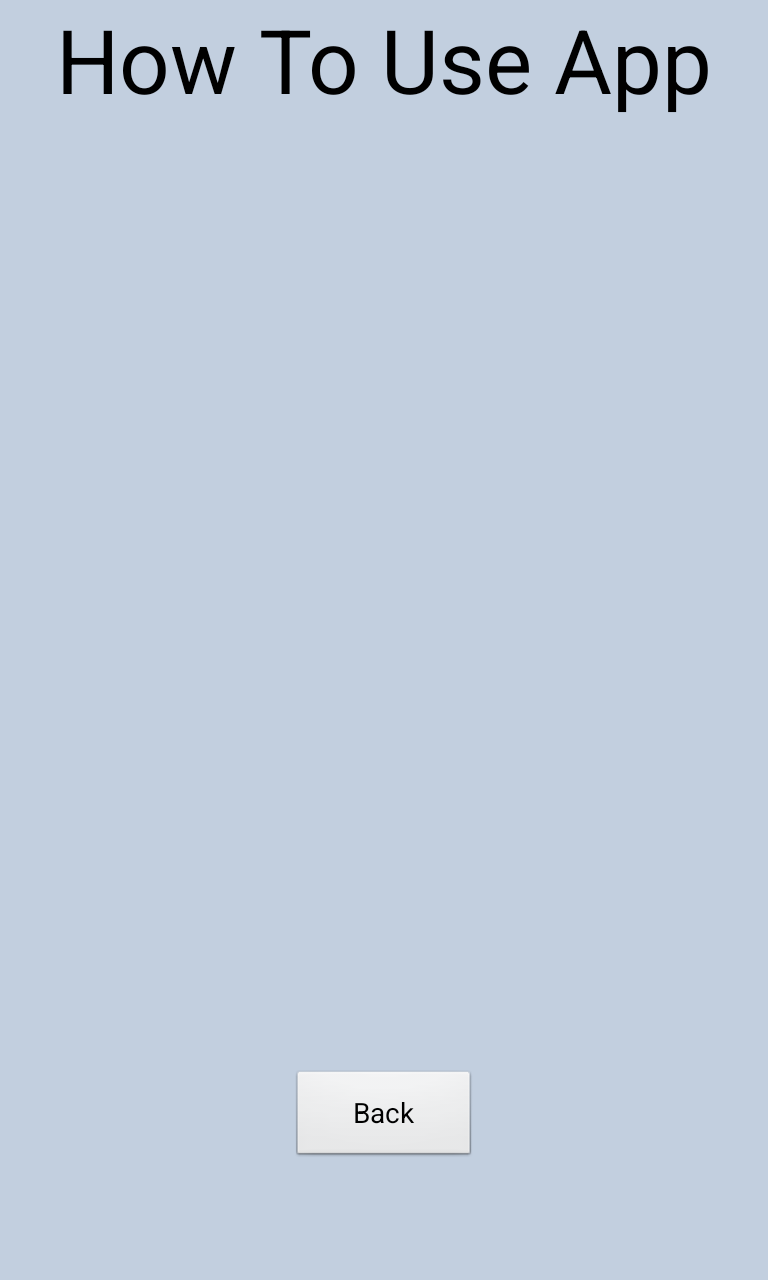
Repository: parinya1968/My-project
Layout: DroidWork/getBig/res/layout/howto.xml
The author's editor kept a copy of each file at every save. The layout is drawn from the files as they stood at one save, then again after the next save.
It is drawn on a 768 x 1280 px phone screen (xhdpi) without system bars, with theme android:Theme.NoTitleBar.Fullscreen; the app's code is not run.

Above is the layout before, as saved 2012-06-20 05:47:20.

### DroidWork/getBig/res/layout/howto.xml
<?xml version="1.0" encoding="utf-8"?>
<LinearLayout xmlns:android="http://schemas.android.com/apk/res/android"
    android:layout_width="fill_parent"
    android:layout_height="fill_parent"
    android:background="#C2CFDF"
    android:orientation="vertical" >

    <TextView
        android:layout_width="wrap_content"
        android:layout_height="wrap_content"
        android:layout_gravity="center_horizontal"
        android:text="How To Use App"
        android:textColor="#000000"
        android:textSize="20pt" />




    <TextView
        android:id="@+id/textView1"
        android:layout_width="match_parent"
        android:layout_height="475dp"
        android:layout_gravity="center"
        android:textColor="@android:color/white"
         android:text="@string/howTo"
        android:textSize="12pt" />


    <Button
        android:id="@+id/howtoBackBtn"
        android:layout_width="94dp"
        android:layout_height="wrap_content"
        android:layout_gravity="center"
        android:text="Back" />

</LinearLayout>

### DroidWork/getBig/res/values/strings.xml
<?xml version="1.0" encoding="utf-8"?>
<resources>

    <string name="hello">Hello World, GetBigActivity!</string>
    <string name="app_name">GetBig</string>
    <string name="howTo"></string>

</resources>

After the next save:
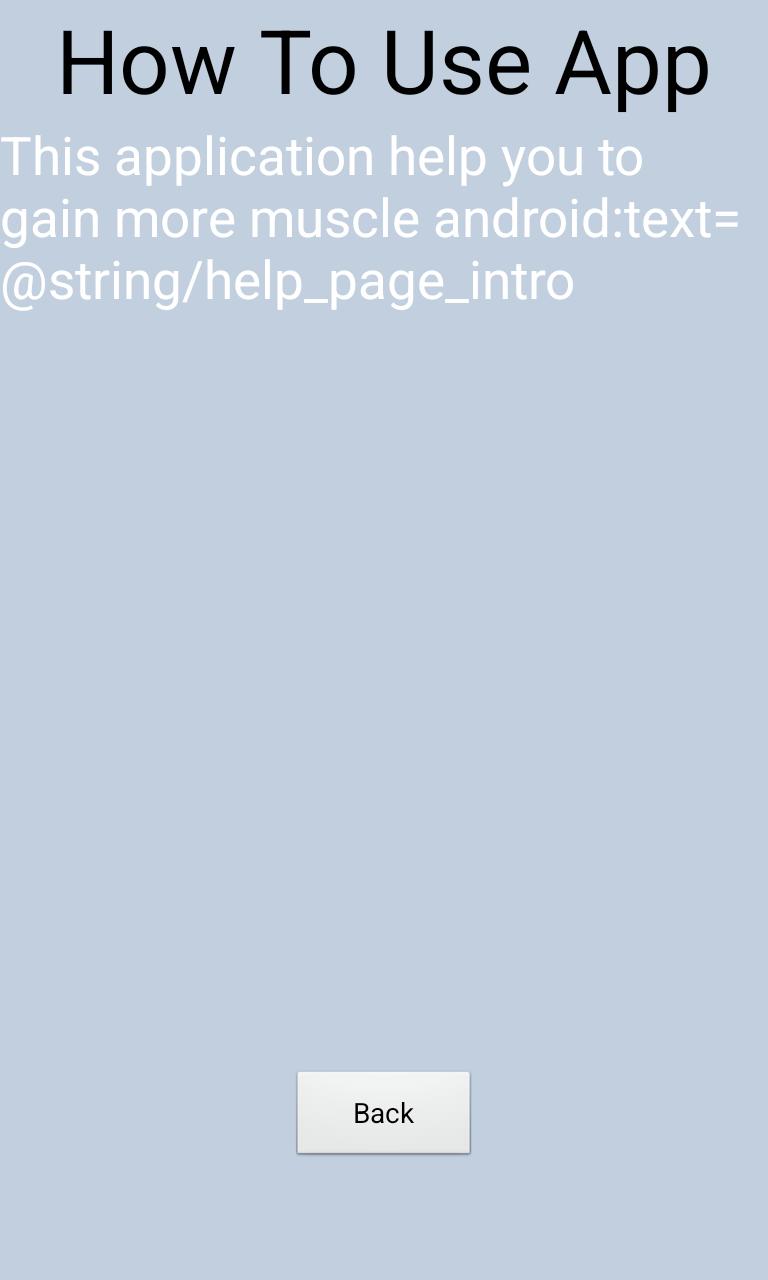
Saved 48 s later.
--- a/DroidWork/getBig/res/values/strings.xml
+++ b/DroidWork/getBig/res/values/strings.xml
@@ -3,6 +3,8 @@
 
     <string name="hello">Hello World, GetBigActivity!</string>
     <string name="app_name">GetBig</string>
-    <string name="howTo"></string>
+    <string name="howTo">
+        <p>This application help you to gain more muscle android:text="@string/help_page_intro"</p>
+    </string>
 
 </resources>
